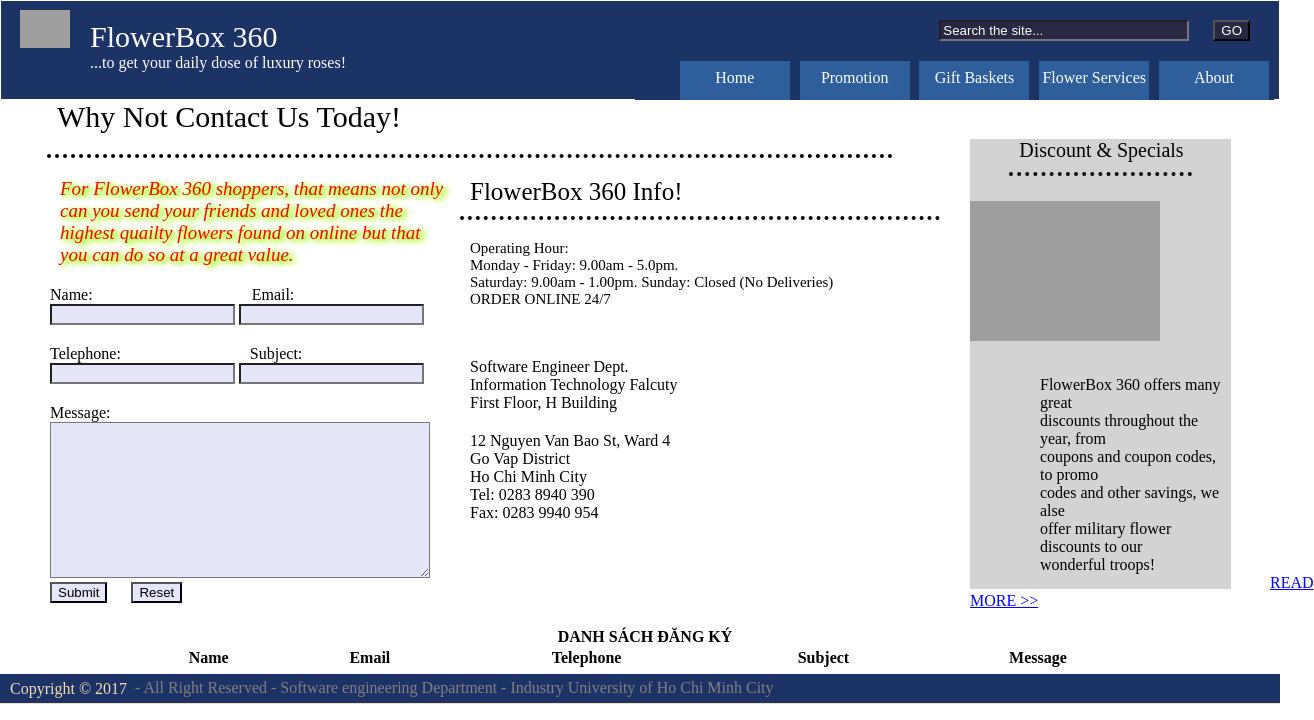
Repository: G1tHub-zer0/BTTH
Page: KT/index.html
An editor plug-in stored every save of this project. The page is shown before and after a run of saves, followed by the edit.
The browser window is 1280 px wide. The page is 1314 px wide, so the pictures cover 1314 px, including what lies to the right of the window. The pictures show the whole page.
Pictures or frames that could not be fetched are drawn as grey boxes.

Above is the page before, as saved 2024-04-12 14:22:54.

### KT/index.html
<!DOCTYPE html>
<html lang="en">

<head>
    <meta charset="UTF-8">
    <meta http-equiv="X-UA-Compatible" content="IE=edge">
    <link rel="stylesheet" href="app.css">
    <meta name="viewport" content="width=device-width, initial-scale=1.0">
    <title></title>
</head>

<body>
    <div class="container">
        <header>
            <div class="logo">
                <img
                    src="https://encrypted-tbn1.gstatic.com/images?q=tbn:ANd9GcSCItUfJia5NZjMVaBQ3rzkajxs_MzsOlNAoqBRyz2l8tWaO1zV">
            </div>
            <div class="name">
                <p class="p1">
                    FlowerBox 360 <br>
                </p>
                <p>
                    ...to get your daily dose of luxury roses!
                </p>
            </div>
            <form action="">
                <input class="type" type="text" name="" id="" placeholder="Search the site...">
                <input class="btn" type="button" value="GO">
            </form>
            <nav>
                <ul>
                    <li>
                        <a href="">Home</a>
                    </li>
                    <li>
                        <a href="">Promotion</a>
                    </li>
                    <li>
                        <a href="">Gift Baskets</a>
                    </li>
                    <li class="fs">
                        <a href="">Flower Services</a>
                        <ul class="child-mn">
                            <li><a href="">Flower for Wedding</a></li>
                            <li><a href="">Flower for Conference</a></li>
                        </ul>
                    </li>
                    <li>
                        <a href="">About</a>
                    </li>
                </ul>
            </nav>
        </header>
        <main>
            <div class="main">
                <form action="" method="post">
                    <div class="title">
                        <P class="p2">Why Not Contact Us Today!</P>
                    </div>
                    <div class="content">
                        <div class="content-left">
                            <p class="p3">
                                For FlowerBox 360 shoppers, that means not only
                                can you send your friends and loved ones the
                                highest quailty flowers found on online but that you
                                can do so at a great value.
                            </p>
                            <div class="enter">
                                <label id="lb-name" for="Name">Name: </label>
                                <label for="email">Email:</label> <br>
                                <input type="text" name="Name" id="inp-name" required>
                                <input type="email" name="email" id="inp-email"><br>
                                <label id="lb-tel" for="tel">Telephone:</label>
                                <label for="sub" class="sub">Subject:</label> <br>
                                <input type="tel" name="tel" id="inp-tel">
                                <input type="text" name="sub" id="inp-subject"><br>
                                <label for="mes">Message:</label><br>
                                <textarea name="mes" id="inp-message" cols="30" rows="10"></textarea> <br>
                                <div class="form-group">
                                    <input type="button" value="Submit" onclick="submitForm()" id="inp-left">
                                    <input type="reset" value="Reset" id="xoa">
                                </div>
                            </div>
                        </div>

                        <div class="content-right">
                            <div class="title2">
                                <p class="p2"> FlowerBox 360 Info!</p>
                            </div>
                            <p class="p4">
                                Operating Hour: <br>
                                Monday - Friday: 9.00am - 5.0pm. <br>
                                Saturday: 9.00am - 1.00pm.
                                Sunday: Closed (No Deliveries) <br>
                                ORDER ONLINE 24/7
                            </p>
                            <p class="p5">
                                Software Engineer Dept. <br>
                                Information Technology Falcuty <br>
                                First Floor, H Building
                            </p>
                            <p class="p6">
                                12 Nguyen Van Bao St, Ward 4 <br>
                                Go Vap District <br>
                                Ho Chi Minh City <br>
                                Tel: 0283 8940 390 <br>
                                Fax: 0283 9940 954
                            </p>
                        </div>
                    </div>
                </form>

                <section>
                    <div class="content-second">
                        <div class="title">
                            <p>Discount & Specials</p>
                        </div>
                        <div class="image">
                            <img
                                src="https://encrypted-tbn1.gstatic.com/images?q=tbn:ANd9GcSCItUfJia5NZjMVaBQ3rzkajxs_MzsOlNAoqBRyz2l8tWaO1zV">
                        </div>
                        <p class="p7">
                            FlowerBox 360 offers many great <br>
                            discounts throughout the year, from <br>
                            coupons and coupon codes, to promo <br>
                            codes and other savings, we alse <br>
                            offer military flower discounts to our <br>
                            wonderful troops!
                        </p>
                        <a href=""> READ MORE >></a>
                    </div>
                </section>

            </div>

            <p style="font-weight: bold; text-align: center;">DANH SÁCH ĐĂNG KÝ</p>
            <table style="width: 1px; width: 80%; text-align: center;">
                <tr>
                    <td style="text-align: center; font-weight: bold;">Name</td>
                    <td style="text-align: center; font-weight: bold;">Email</td>
                    <td style="text-align: center; font-weight: bold;">Telephone</td>
                    <td style="text-align: center; font-weight: bold;"> Subject</td>
                    <td style="text-align: center; font-weight: bold;"> Message </td>
                </tr>
                <tr>
                    <td id="Name"></td>
                    <td id="Email"></td>
                    <td id="Telephone"></td>
                    <td id="Subject"></td>
                    <td id="Message"></td>
                </tr>
            </table>
        </main>

        <footer>
            <p class="copy">
                Copyright &copy; 2017
            </p>
            <p class="ar">
                - All Right Reserved - Software engineering Department - Industry University of Ho Chi Minh City
            </p>
        </footer>


    </div>
</body>

</html>

### KT/app.css
* {
  margin: auto;
  padding: auto;
  box-sizing: border-box;
}
.container {
  width: 100%;
  height: 100%;
}
header {
  width: 100%;
  height: 100px;
  border: 1px solid;
  background-color: rgb(27, 51, 101);
  color: white;
  display: inline-flex;
}
.logo img {
  top: 10px;
  width: 50px;
  left: 20px;
  position: absolute;
}

.p1 {
  font-size: 30px;
}
.name {
  position: absolute;
  left: 80px;
  top: 20px;
}

header form {
  position: absolute;
  right: 30px;
  top: 20px;
}
header form input {
  background-color: rgb(40, 40, 69);
  color: white;
}
header form .type {
  width: 250px;
}
header form input::placeholder {
  color: white;
}
header form .btn {
  margin-left: 20px;
}
nav {
  width: 50%;
  background-color: rgb(27, 51, 101);
  margin-top: 60px;
  margin-right: 5px;
}

nav ul {
  display: flex;
  list-style-type: none;
}
nav ul li {
  width: 110px;
  height: 39px;
  background-color: rgb(46, 94, 156);
  text-align: center;
}
nav ul li a {
  color: white;
  text-decoration: none;
  bottom: -8px;
  position: relative;
}
.main {
  display: flex;
  width: 100%;
}

.main form {
  width: 80%;
}
.main form .title {
  font-size: 30px;
  width: 90%;
  border-bottom: 4px dotted;
}
.form-group button {
  margin-left: 10px;
  padding: 5px 10px;
  border: 1px solid #ccc;
  background-color: #000;
  color: #fff;
  cursor: pointer;
}

.form-group button:hover {
  background-color: #ccc;
  color: #000;
}
.main form .title .p2 {
  margin-bottom: 20px;
}
.main form .content {
  width: 100%;

  margin-bottom: 5px;
  display: flex;
}
.content-left {
  width: 400px;
  margin-left: 50px;
  margin-top: 20px;
}
.main form .content .p3 {
  font-style: italic;
  font-size: 19px;
  color: red;
  text-shadow: 1px 2px 4px greenyellow,
    5px 2px 4px greenyellow, 5px 2px 8px greenyellow;
}
.content-left .enter {
  margin-top: 20px;
}
#lb-name {
  margin-right: 155px;
}
#lb-tel {
  margin-right: 125px;
}
.content-left .enter #inp-left {
  margin-right: 20px;
}
.content-left .enter input {
  margin-bottom: 20px;
}
textarea {
  width: 380px;
  background-color: lavender;
}
.content-right {
  margin-left: 10px;
  margin-top: 20px;
}
.content-right .title2 {
  width: 480px;
  border-bottom: 4px dotted;
}
.title2 .p2 {
  font-size: 25px;
  margin-bottom: 10px;
}
.main form input {
  background-color: lavender;
}
.p4 {
  margin-top: 20px;
  font-size: 15px;
}
.p5 {
  margin-top: 50px;
}
.p6 {
  margin-top: 20px;
}
section {
  width: 50%;
  display: block;
}
section .title {
  position: relative;
  width: 70%;

  font-size: 20px;
  border-bottom: 4px dotted;
}
section .title p {
  margin-bottom: 10px;
}
section .image {
  width: 320px;
  height: 150px;
  margin-top: 20px;
}
section .image img {
  width: 200px;
  height: 140px;
  padding-right: 10px;
  margin-top: 5px;
}
section .content-second {
  width: 70%;
  height: 450px;
  margin-left: 30px;
  background-color: lightgray;
}
section .content-second .p7 {
  margin-left: 70px;
  margin-top: 30px;
}
section .content-second a {
  color: blue;
  font: 900;
  margin-left: 300px;
}
footer {
  background-color: rgb(27, 51, 101);
  width: 100%;
  height: 30px;
  border-bottom: 1px solid;
  color: wheat;
  display: inline-flex;
}
p {
  margin-left: 10px;
}
.child-mn {
  display: none;
  position: absolute;
  color: wheat;
  left: 1310px;
  margin-top: 21px;
  margin-left: 10px;
  z-index: 1;
}
.child-mn li {
  width: 180px;
  border-top: 2px blue solid;
  height: 50px;
}
.fs:hover .child-mn {
  display: block;
}
.child-mn li:hover {
  background-color: rgb(27, 51, 101);
}
.ar {
  margin-top: 5px;
  color: grey;
  margin-left: 5px;
  position: absolute;
  left: 130px;
}

After the next 4 saves:
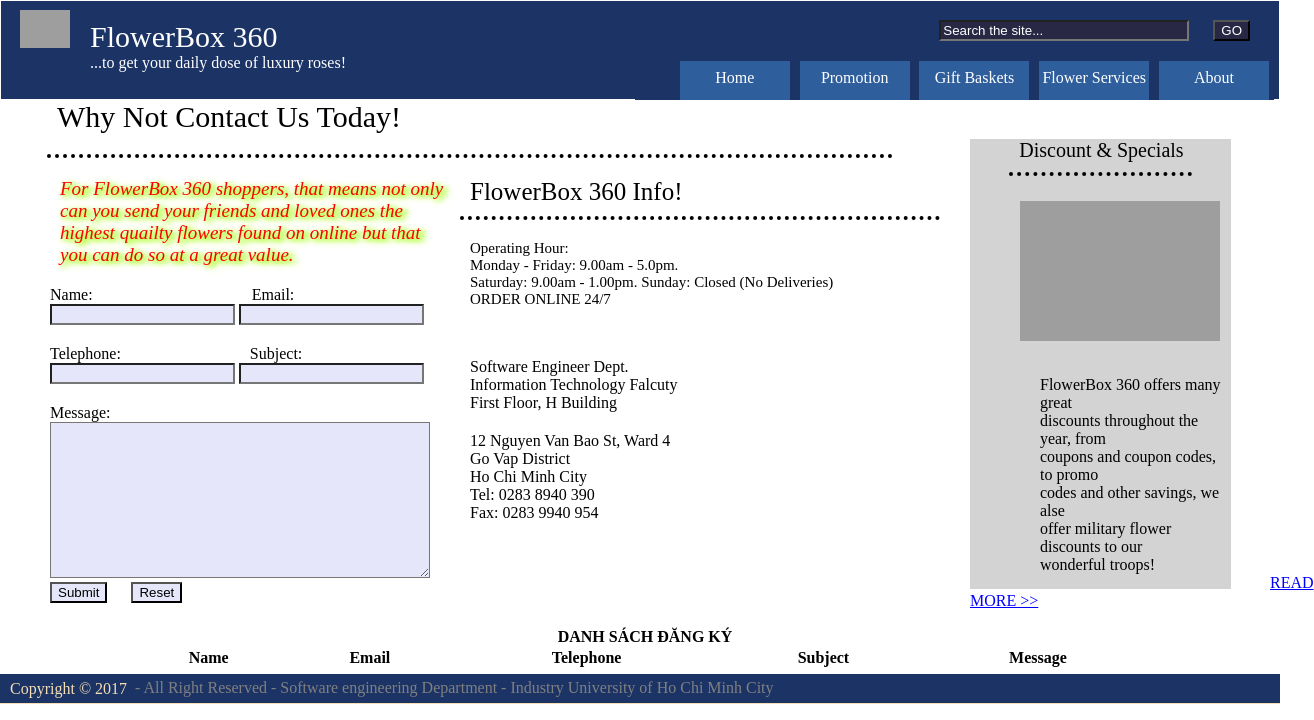
The 4 saves are shown as one change because they came seconds apart.
The last was saved 14 s later.
--- a/KT/app.css
+++ b/KT/app.css
@@ -185,7 +185,7 @@ section .image {
 section .image img {
   width: 200px;
   height: 140px;
-  padding-right: 10px;
+  margin-left: 50px;
   margin-top: 5px;
 }
 section .content-second {
